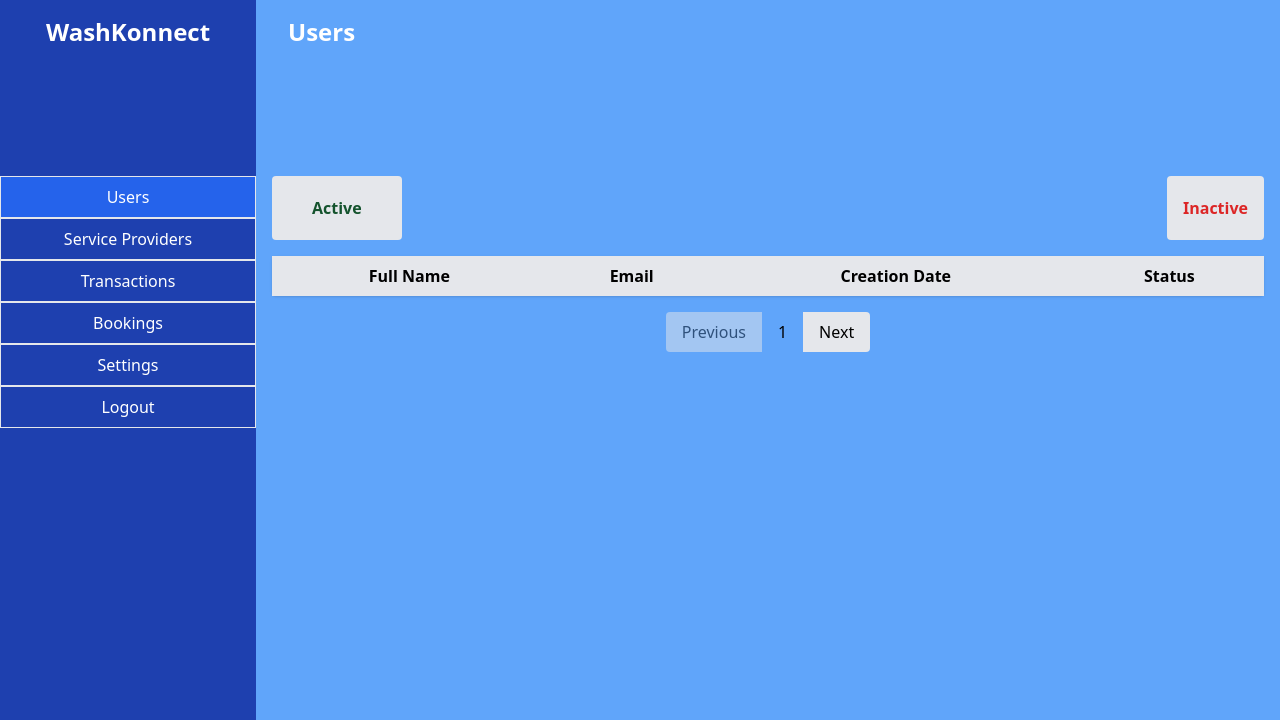
Repository: TEKVOLUTION-LTD/Admin-washKonnect
Page: /dashboard/users (app in Admin-WashKonnect/)
These files come from the project's save history. The page is drawn as it stood at one moment and after the next save; the edit follows.
The browser window is 1280 px wide. The pictures show the whole page.
The page's requests for data from a server got no answer. The project was rebuilt for these pictures with package versions that can differ from the ones it lists, and the page was loaded fresh each time. No one was signed in, and anything a server would have sent is missing. Also part of the build but not shown: Admin-WashKonnect/vite.config.js, Admin-WashKonnect/src/pages/LoginPage.jsx, Admin-WashKonnect/src/pages/ServiceProviderPage.jsx, Admin-WashKonnect/src/pages/TransactionsPage.jsx, Admin-WashKonnect/src/pages/BookingsPage.jsx, Admin-WashKonnect/src/pages/SettingsPage.jsx, Admin-WashKonnect/src/pages/LogoutPage.jsx.

Above is the page before, as saved 2024-11-20 09:41:22.

After the next save:
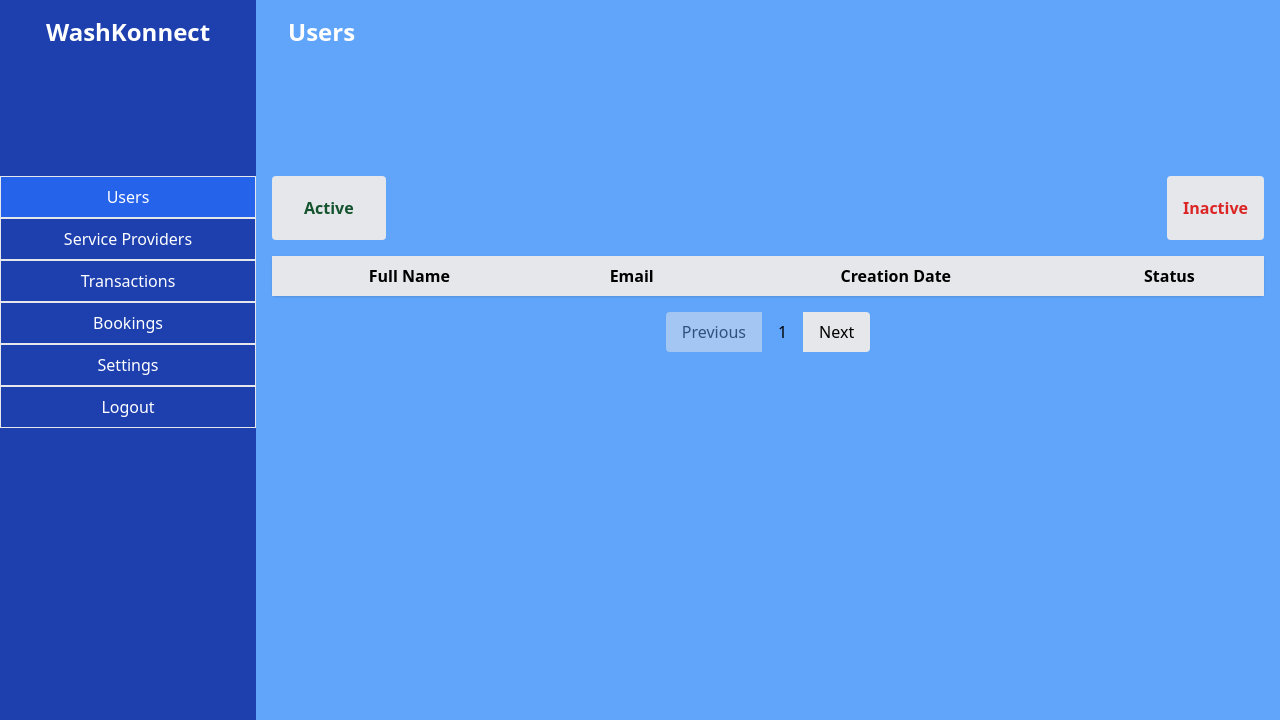
Saved 40 s later.
--- a/Admin-WashKonnect/src/components/UsersPage.jsx
+++ b/Admin-WashKonnect/src/components/UsersPage.jsx
@@ -30,7 +30,7 @@
 
         <button
           onClick={() => setFilter("active")}
-          className={`px-10 py-5 rounded ${
+          className={`px-[2rem] py-5 rounded ${
             filter === "active" ? "bg-gray-200 text-green-900 font-bold" : "bg-gray-200 "
           }`}
         >
